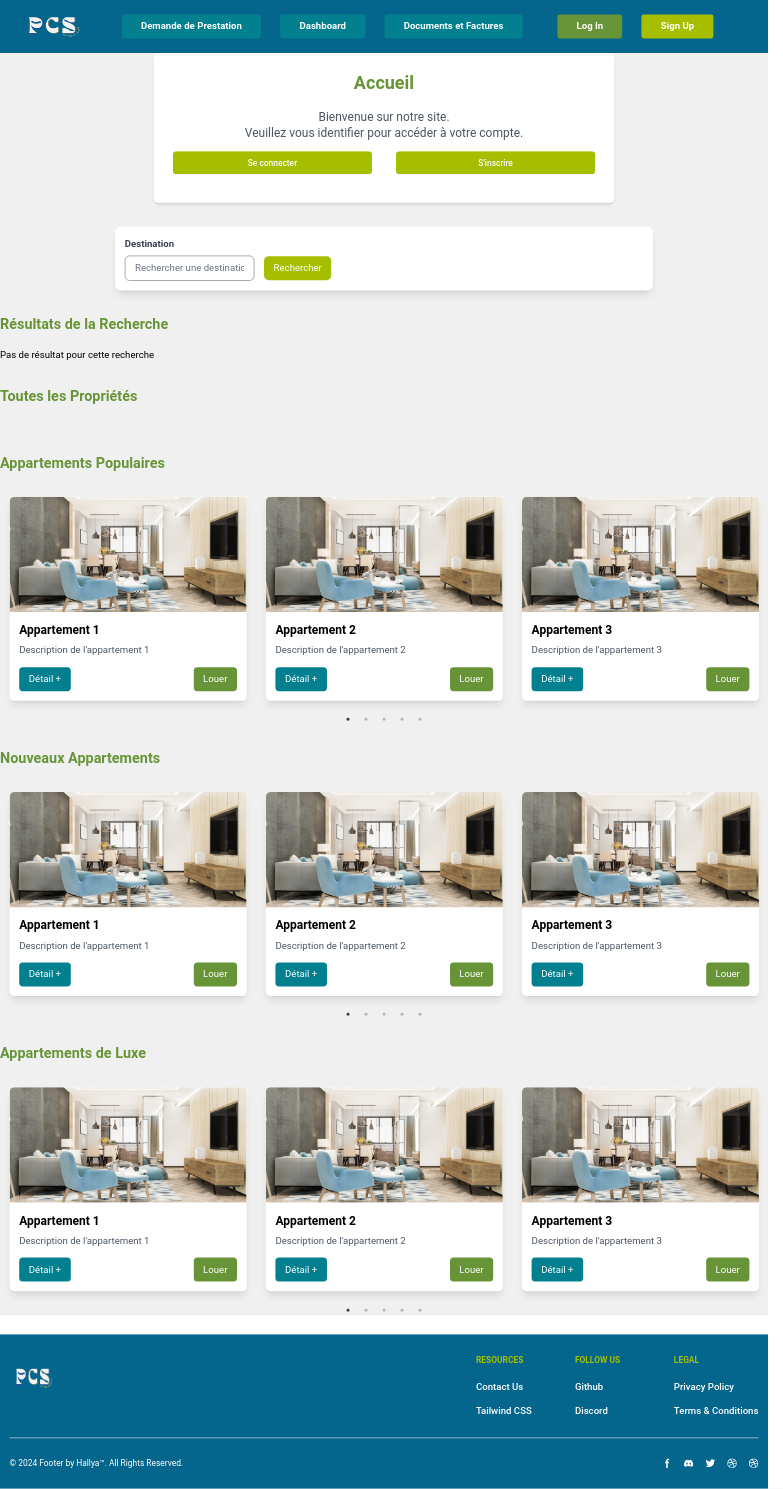
Repository: HATTOUNGBRE/ProjetAnnuel2
Page: / (app in FRONT/)
An editor plug-in stored every save of this project. The page is shown before and after the next save, followed by the edit.
The browser window is 1280 px wide. The page is 1305 px wide, so the pictures cover 1305 px, including what lies to the right of the window. The pictures show the whole page, at 60% of full size.
The page's requests for data from a server got no answer. The project was rebuilt for these pictures with package versions that can differ from the ones it lists, and the page was loaded fresh each time. No one was signed in, and anything a server would have sent is missing. Also part of the build but not shown: FRONT/vite.config.js, FRONT/src/components/PropertyDetails.jsx, FRONT/src/components/Contact.jsx, FRONT/src/components/CatUser.jsx, FRONT/src/components/Login.jsx, FRONT/src/components/prestataire/PrestataireType.jsx, FRONT/src/components/prestataire/PrestataireDetails.jsx, FRONT/src/components/Account.jsx and 16 more.

Above is the page before, as saved 2024-07-03 14:12:07.

After the next save:
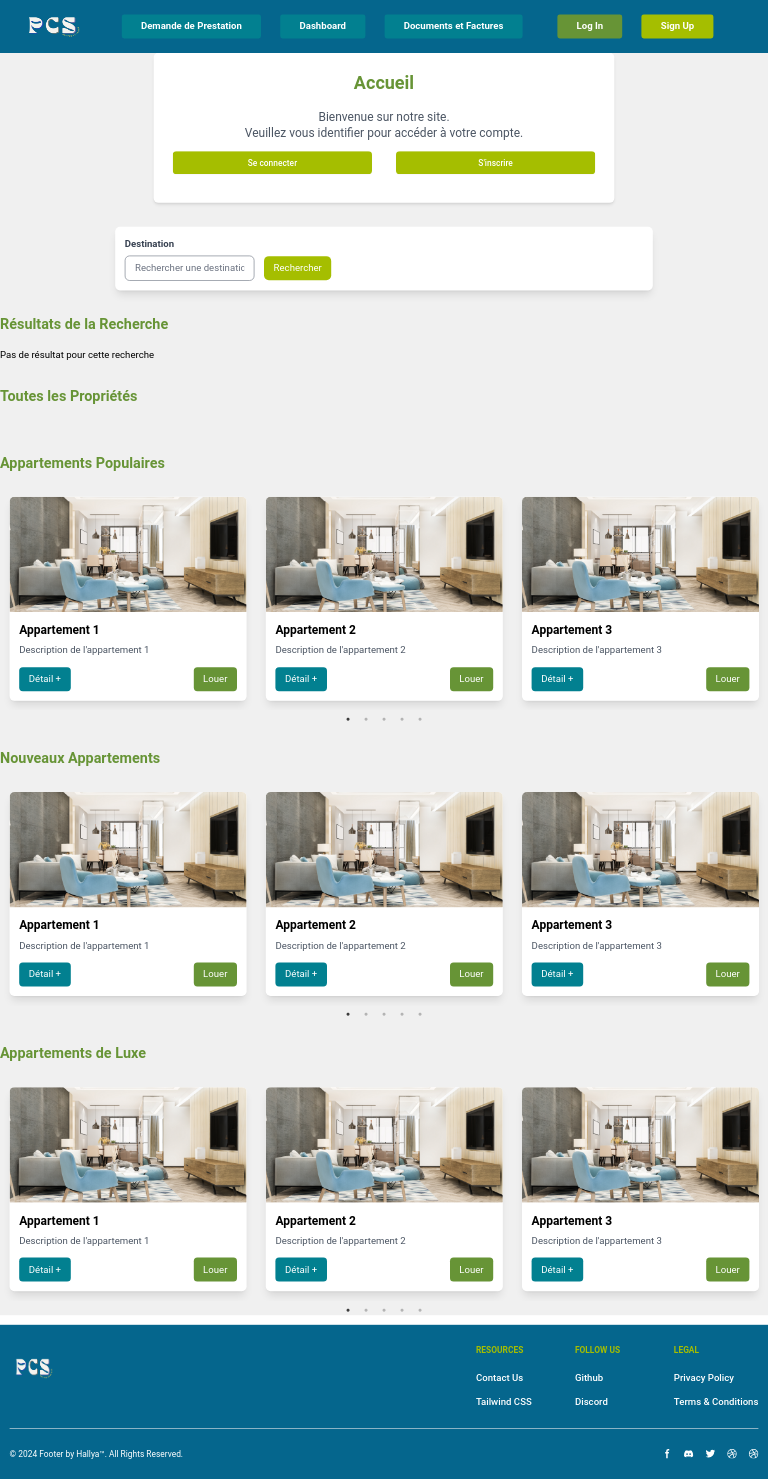
Saved 9 s later.
--- a/FRONT/src/App.css
+++ b/FRONT/src/App.css
@@ -45,7 +45,7 @@ footer {
   left: 0;
   bottom: 0;
   width: 100%;
-  margin-top: 2em;
+  margin-top: 1em;
 }
 html, body {
   height: 100%;
